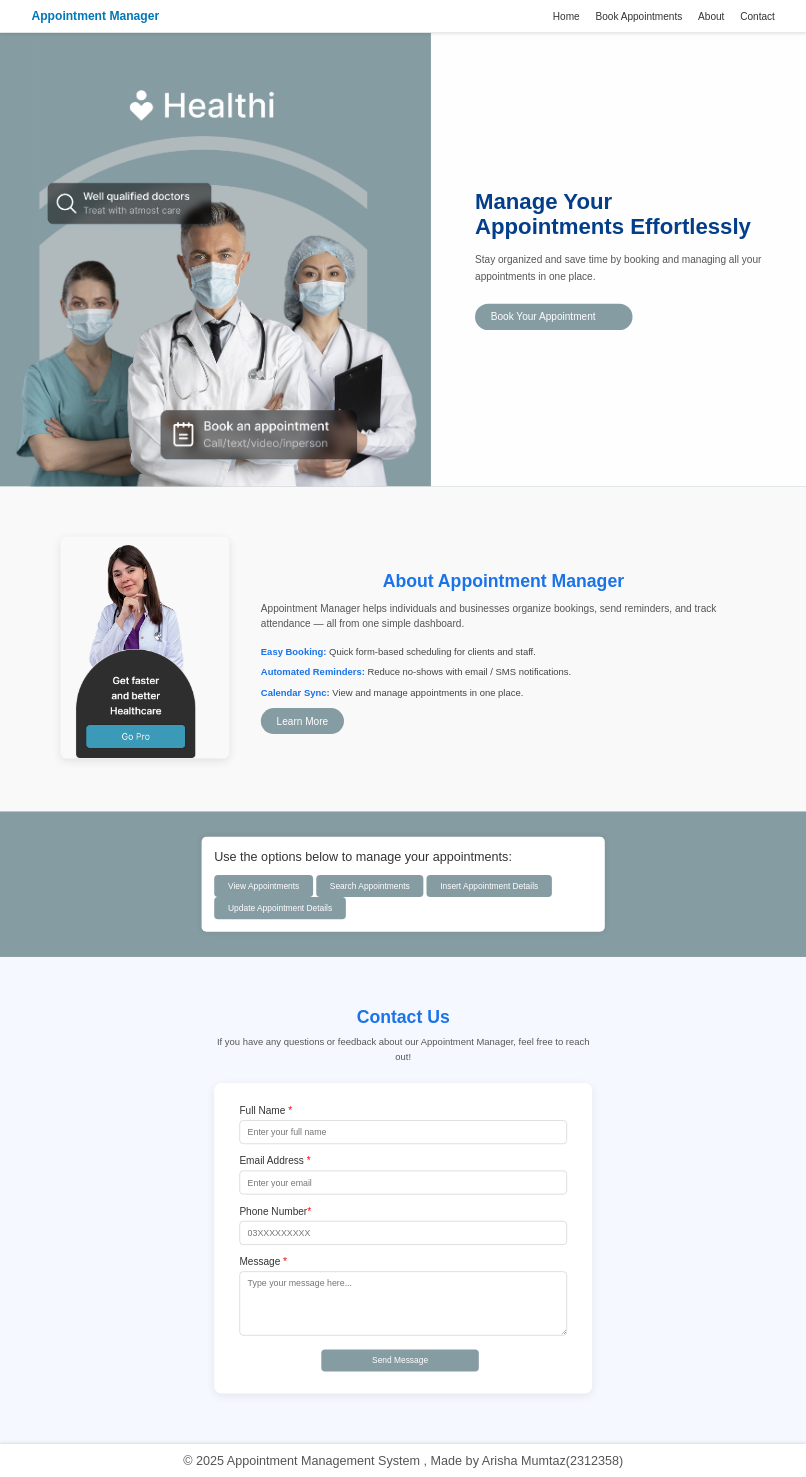
Repository: Arisha004/Hospital-Appointment-Management-System
Page: landingpage.html
These files come from the project's save history. The page is drawn as it stood at one moment and after a run of saves; the edit follows.
The browser window is 1280 px wide. The pictures show the whole page, at 63% of full size.

Above is the page before, as saved 2025-10-24 15:57:57.

After the next 4 saves:
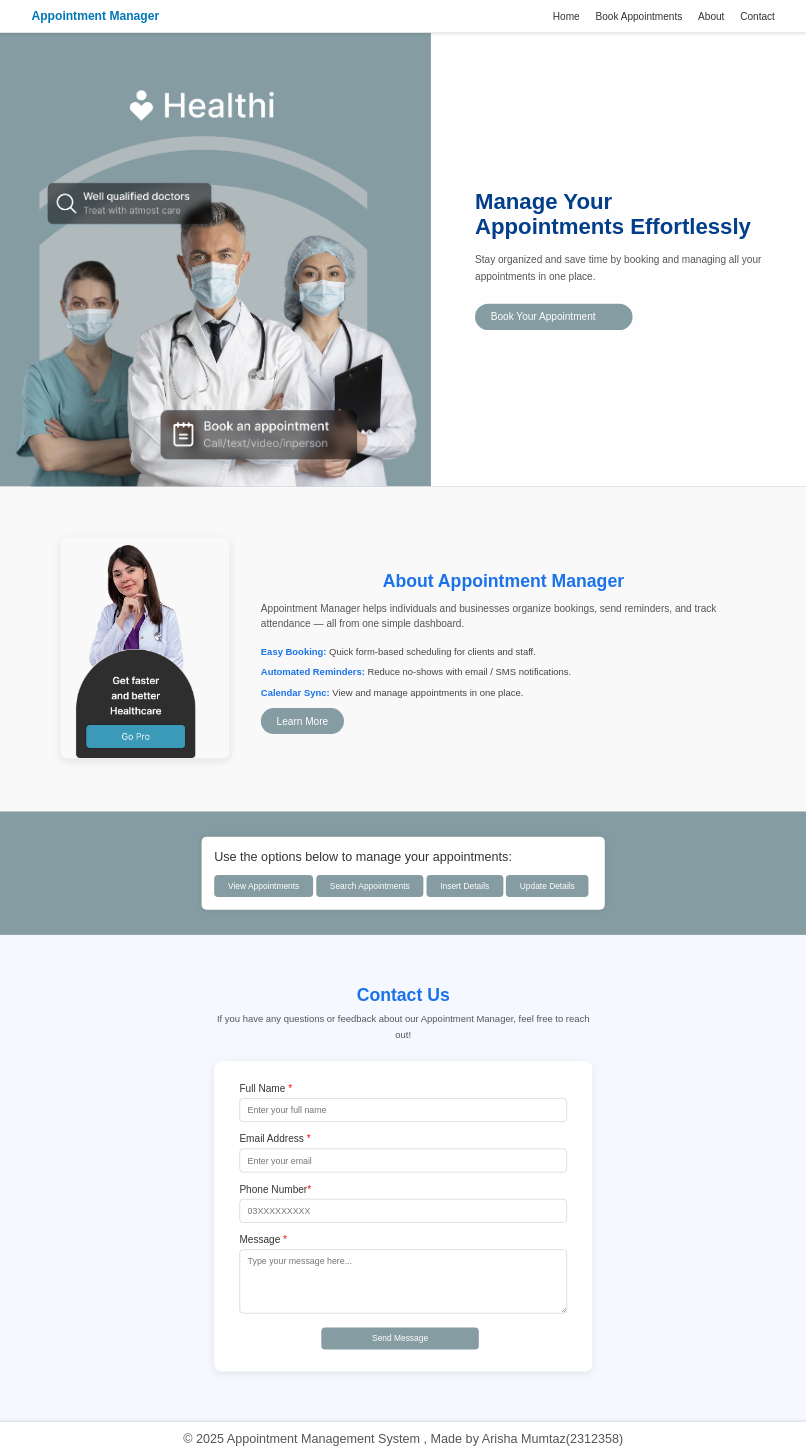
The 4 saves are shown as one change because they came seconds apart.
The last was saved 12 s later.
--- a/landingpage.html
+++ b/landingpage.html
@@ -85,8 +85,8 @@ a{
 
       <button> <a href="list.php" >View Appointments</a></button>
        <button>  <a href="searching.php">Search Appointments</a></button>
-       <button>  <a href="index.php">Insert Appointment Details</a></button>
-       <button>  <a href="update.php">Update Appointment Details</a></button>
+       <button>  <a href="index.php">Insert Details</a></button>
+       <button>  <a href="update.php">Update Details</a></button>
       </div>
 
   </section>
